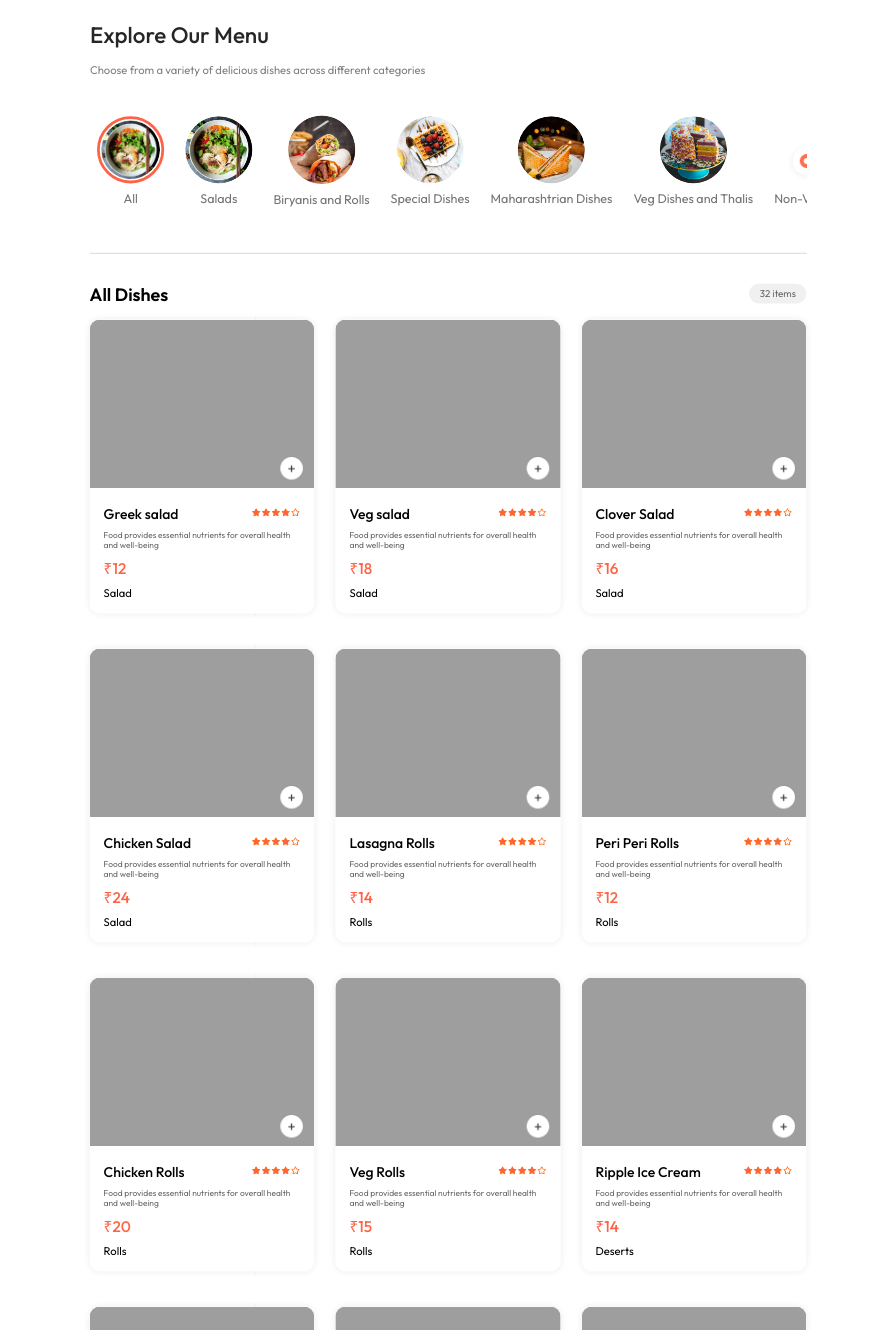
Repository: keyursanglikar/Hotel-Manangement
Page: / (app in frontend/)
These files come from the project's save history. The page is drawn as it stood at one moment and after a run of saves; the edit follows.
The browser window is 1280 px wide. The pictures show the part of the page from y = 609 to 2509 px (the page is 9373 px tall), at 70% of full size.
The page's requests for data from a server got no answer. The project was rebuilt for these pictures with package versions that can differ from the ones it lists, and the page was loaded fresh each time. No one was signed in, and anything a server would have sent is missing. Also part of the build but not shown: frontend/vite.config.js, frontend/src/pages/Cart/Cart.css, frontend/src/pages/Cart/Cart.jsx, frontend/src/pages/PlaceOrder/PlaceOrder.jsx, frontend/src/components/LoginPopup/LoginPopup.css, frontend/src/components/LoginPopup/LoginPopup.jsx, frontend/src/pages/Verify/Verify.css, frontend/src/pages/Verify/Verify.jsx and 2 more.

Above is the page before, as saved 2025-12-04 23:35:24.

After the next 2 saves:
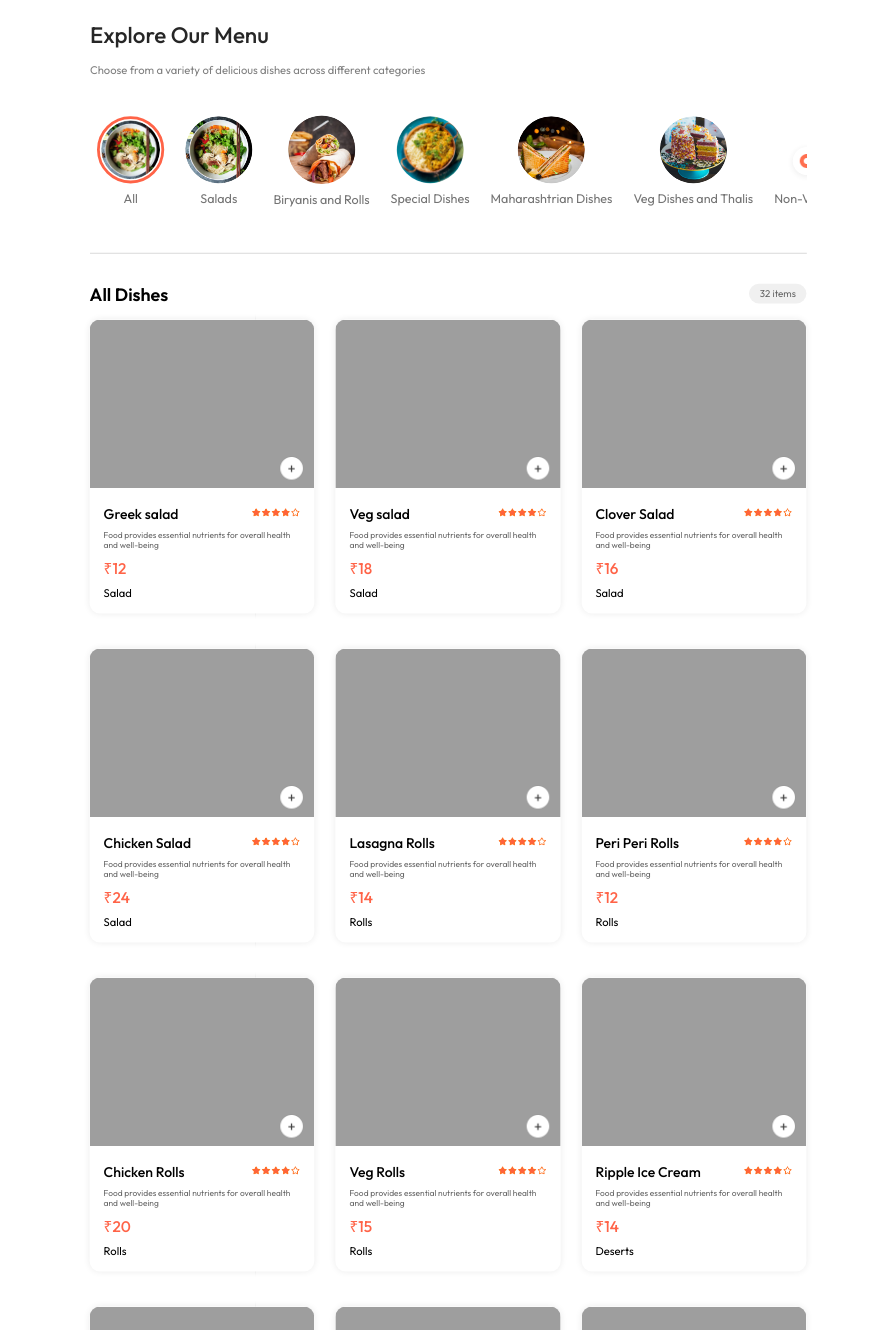
The 2 saves are shown as one change because they came seconds apart.
The last was saved 12 s later.
--- a/frontend/src/assets/assets.js
+++ b/frontend/src/assets/assets.js
@@ -355,7 +355,7 @@ import header_img from './header_img.png'
 import search_icon from './search_icon.png'
 import menu_1 from './menu_1.png'
 import menu_2 from './menu_2.png'
-import menu_3 from './Menu_3.png'
+import menu_3 from './Menu-3.png'
 import menu_4 from './menu_4.png'
 import menu_5 from './menu_5.png'
 import menu_6 from './menu_6.png'
